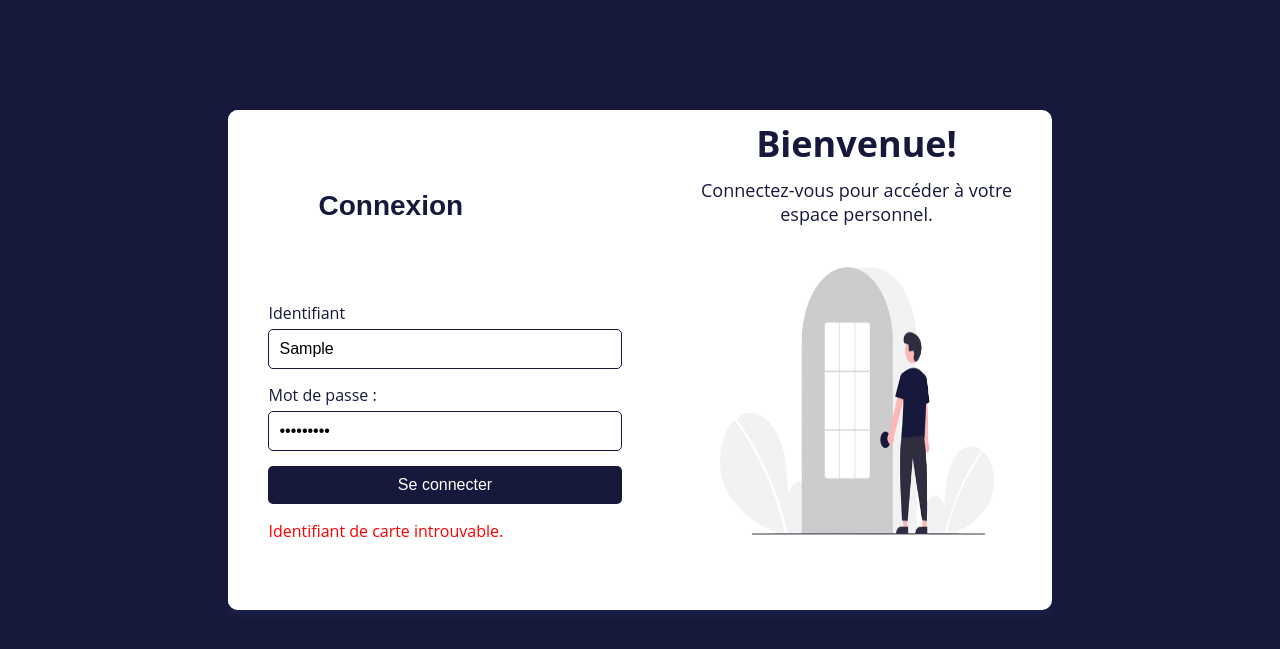
Repository: ndiawar/ProjetGab
Page: home.html
The author's editor kept a copy of each file at every save. The page is drawn from the files as they stood at one save, then again after the next save.
The browser window is 1280 px wide. The pictures show the whole page.
Empty fields were first filled with sample values (such as "Sample", 5 or name@example.com).
After loading, the first visible `#loginForm` was submitted once.

Above is the page before, as saved 2024-08-07 17:04:38.

After the next save:
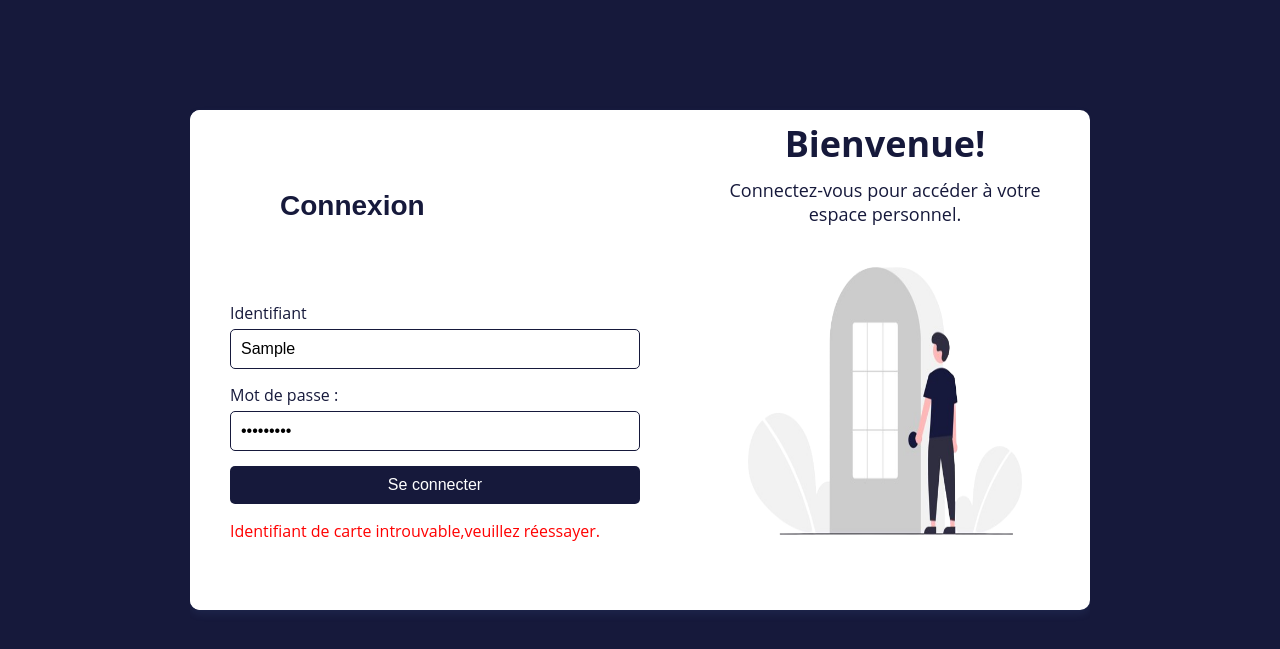
Saved 12 min 49 s later.
--- a/script.js
+++ b/script.js
@@ -13,18 +13,18 @@ fetch('utilisateurs.json')
 const loginForm = document.getElementById('loginForm');
 const errorMessage = document.getElementById('errorMessage');
 
-// Handle form submission
+// On déclare la fonction envoie du formulaire
 loginForm.addEventListener('submit', function(event) {
     event.preventDefault();
 
     const identifiant = document.getElementById('identifiant').value;
     const password = document.getElementById('password').value;
 
-    // Find the user by idCard
+    // On recherche l'id du client dans le tableau et on l'enregistre sur la variable utilisateur
     const utilisateur = utilisateurs.find(u => u.idCard === identifiant);
 
     if (!utilisateur) {
-        errorMessage.textContent = "Identifiant de carte introuvable.";
+        errorMessage.textContent = "Identifiant de carte introuvable,veuillez réessayer.";
         errorMessage.style.display = "block";
         return;
     }
@@ -36,7 +36,7 @@ loginForm.addEventListener('submit', function(event) {
     }
 
     if (utilisateur.mdp !== password) {
-        errorMessage.textContent = "Mot de passe incorrect.";
+        errorMessage.textContent = "Mot de passe incorrect, veuillez saisir un mot de passe valide.";
         errorMessage.style.display = "block";
         return;
     }
